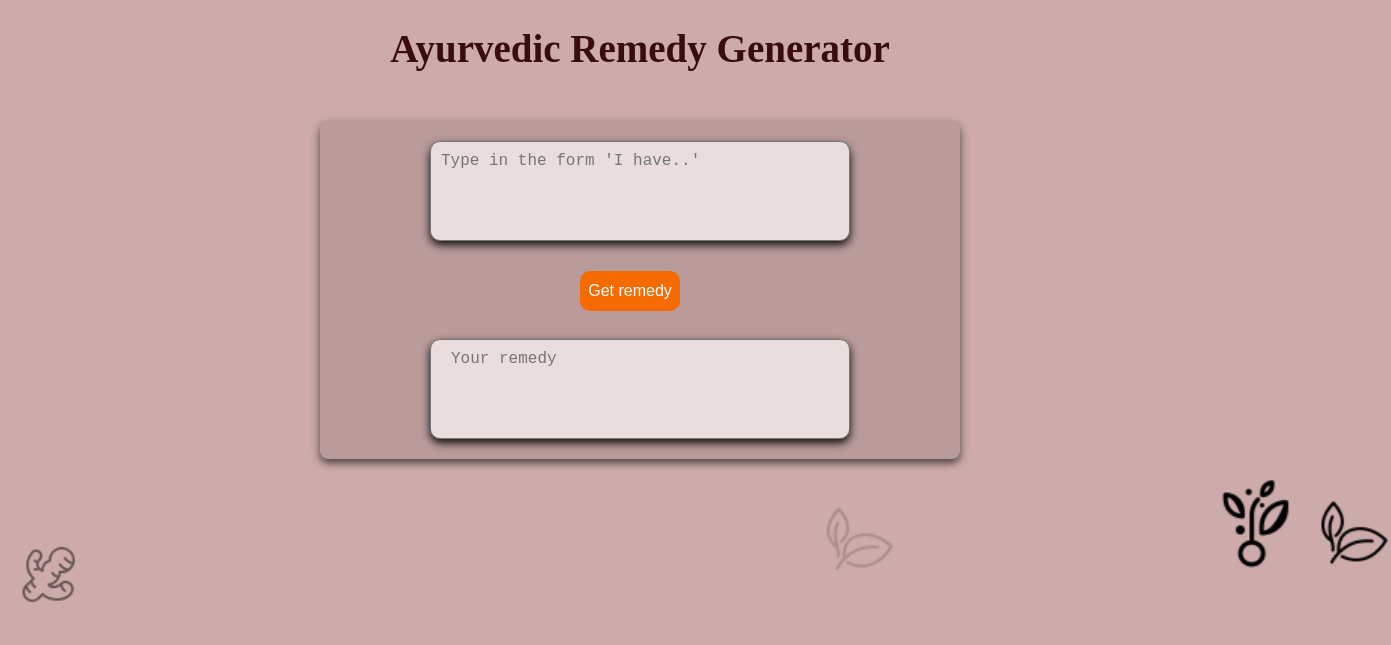
Repository: krutarthh/Ayurvedic-Remedy
Page: index.html
The author's editor kept a copy of each file at every save. The page is drawn from the files as they stood at one save, then again after the next save.
The browser window is 1280 px wide. The page is 1391 px wide, then 1376 px, so the pictures cover 1391 px, including what lies to the right of the window. The pictures show the whole page.

Above is the page before, as saved 2024-04-07 19:20:41.

After the next save:
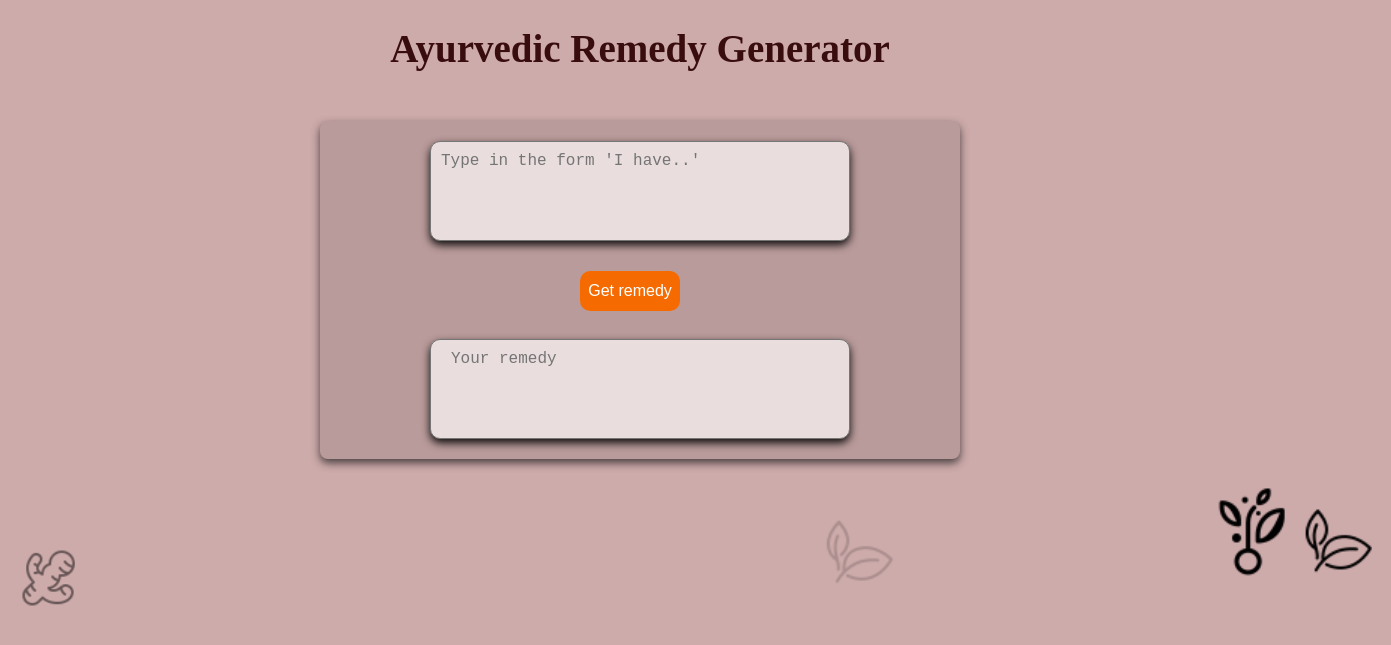
Saved 33 s later.
--- a/app.css
+++ b/app.css
@@ -73,7 +73,7 @@ background-color: #e9dddd;
   .noot-4 {
     position: absolute;
     animation: notes 2s infinite linear;
-    font-size: 35px;
+    font-size: 5px;
     opacity: 0;
   }
 
